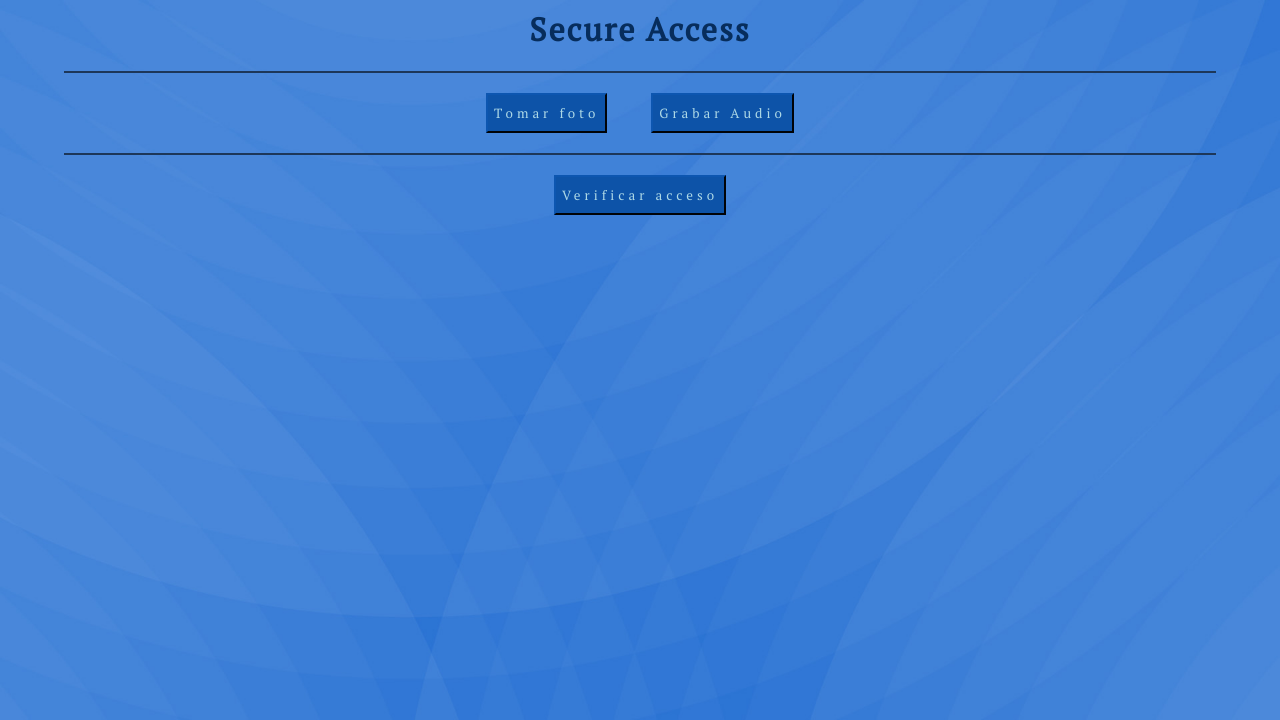
Repository: dabarreiroh/SECURE-ACCESS
Page: accessecure/templates/home/index.html
The author's editor kept a copy of each file at every save. The page is drawn from the files as they stood at one save, then again after the next save.
The browser window is 1280 px wide. The pictures show the whole page.

Above is the page before, as saved 2020-03-16 23:43:37.

After the next save:
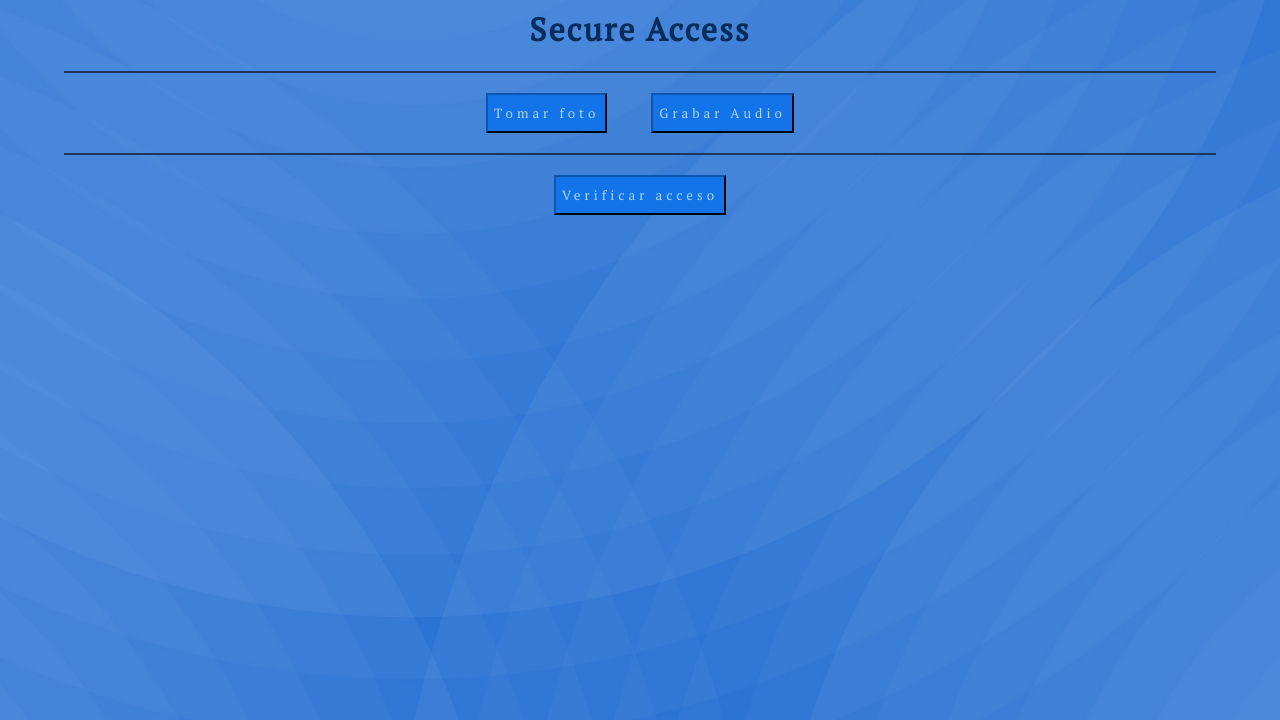
Saved 32 s later.
--- a/accessecure/static/admin/css/index/index.css
+++ b/accessecure/static/admin/css/index/index.css
@@ -25,7 +25,7 @@
     margin: 20px;
     height: 40px;
     letter-spacing: 0.3em;
-    background-color: #0D53A8;
+    background-color: #1373E8;
     border: 2px solid #072D5C;
     border-style: outset;
     color: lightblue;

After the save that followed:
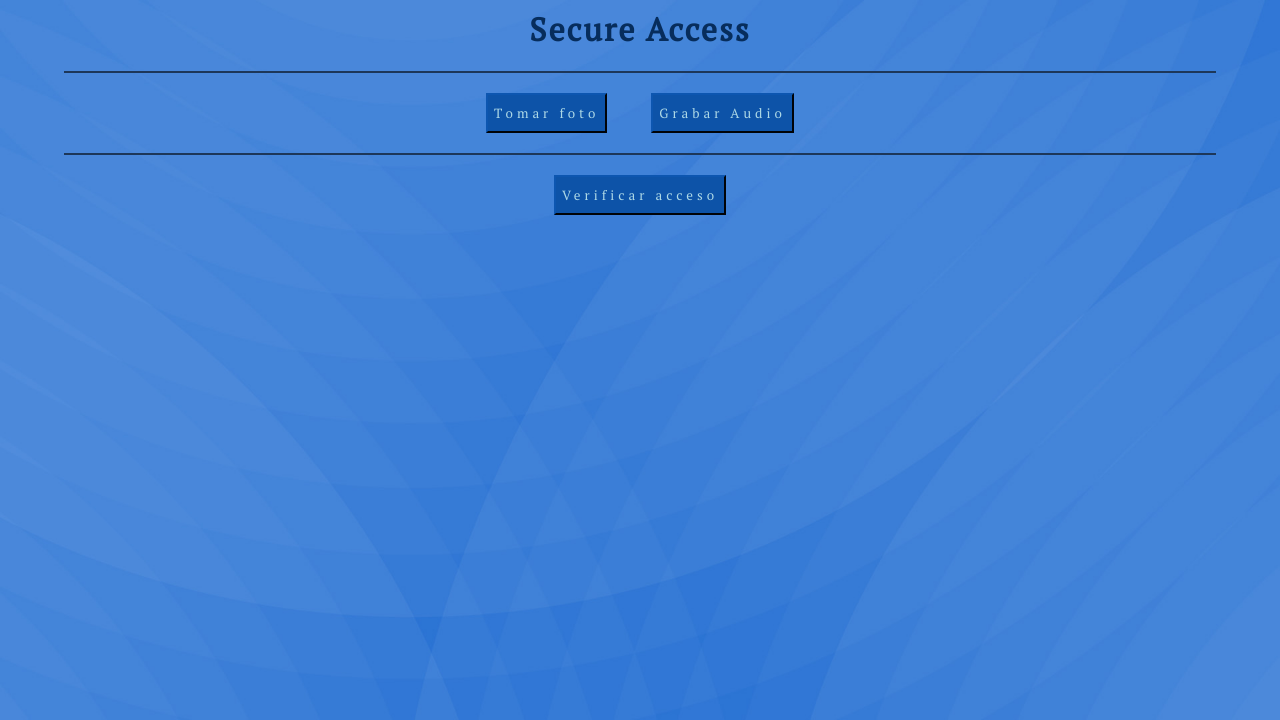
Saved 26 s later.
--- a/accessecure/static/admin/css/index/index.css
+++ b/accessecure/static/admin/css/index/index.css
@@ -25,7 +25,7 @@
     margin: 20px;
     height: 40px;
     letter-spacing: 0.3em;
-    background-color: #1373E8;
+    background-color: #0D53A8;
     border: 2px solid #072D5C;
     border-style: outset;
     color: lightblue;
